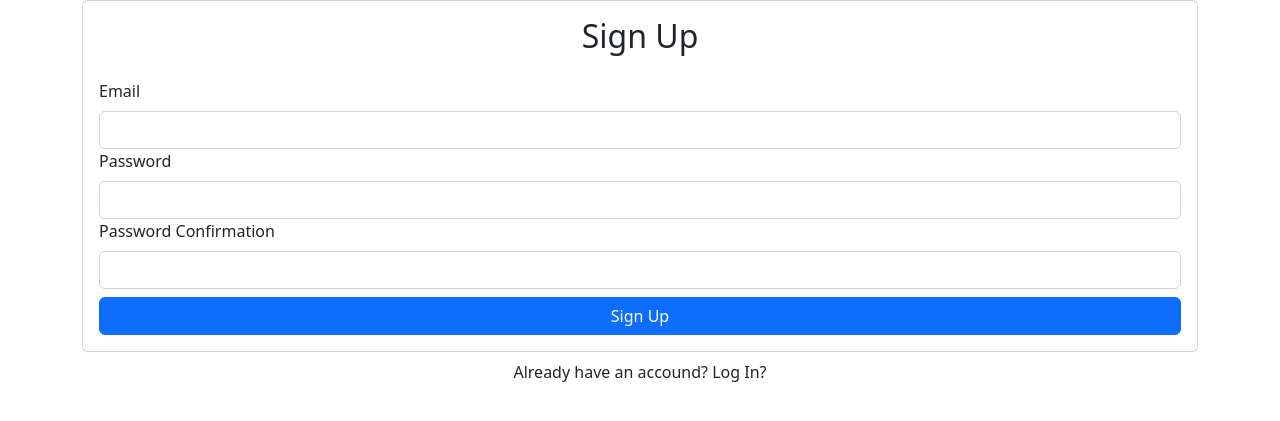
Repository: Baskaran-Ra/React-signup-
Page: /
These files come from the project's save history. The page is drawn as it stood at one moment and after a run of saves; the edit follows.
The browser window is 1280 px wide. The pictures show the whole page.
The project was rebuilt for these pictures with package versions that can differ from the ones it lists, and the page was loaded fresh each time.

Above is the page before, as saved 2022-12-22 12:43:53.

After the next 2 saves:
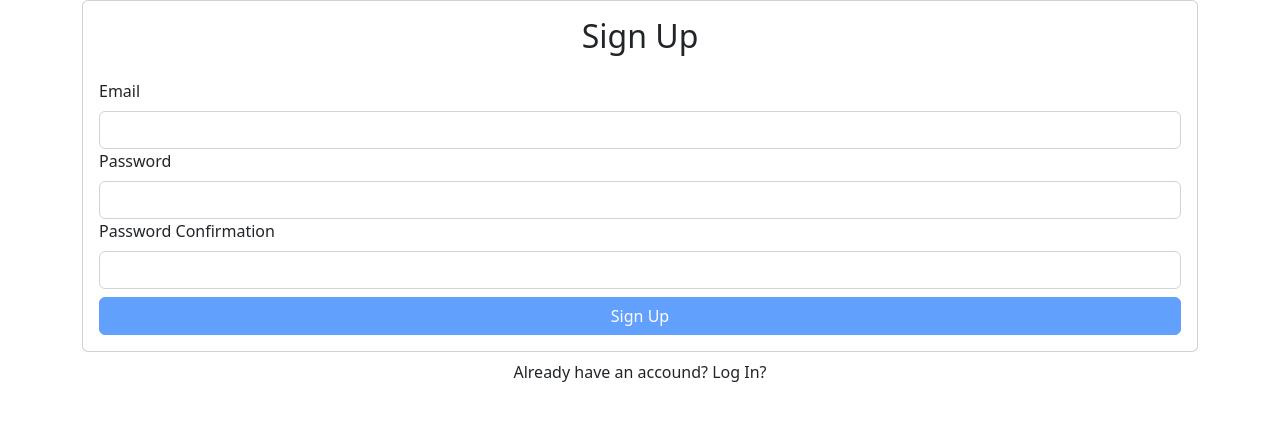
The 2 saves are shown as one change because they came seconds apart.
The last was saved 24 s later.
--- a/src/signup.js
+++ b/src/signup.js
@@ -54,7 +54,7 @@
                     <Form.Control type ="password" ref = {passwordconfirmRef} Required></Form.Control>
 
                 </Form.Group>
-                <Button className="w-100 mt-2" type="submit">Sign Up</Button>
+                <Button disabled className="w-100 mt-2" type="submit">Sign Up</Button>
             </Form>
         </Card.Body>
     </Card>

After the 2 saves that followed:
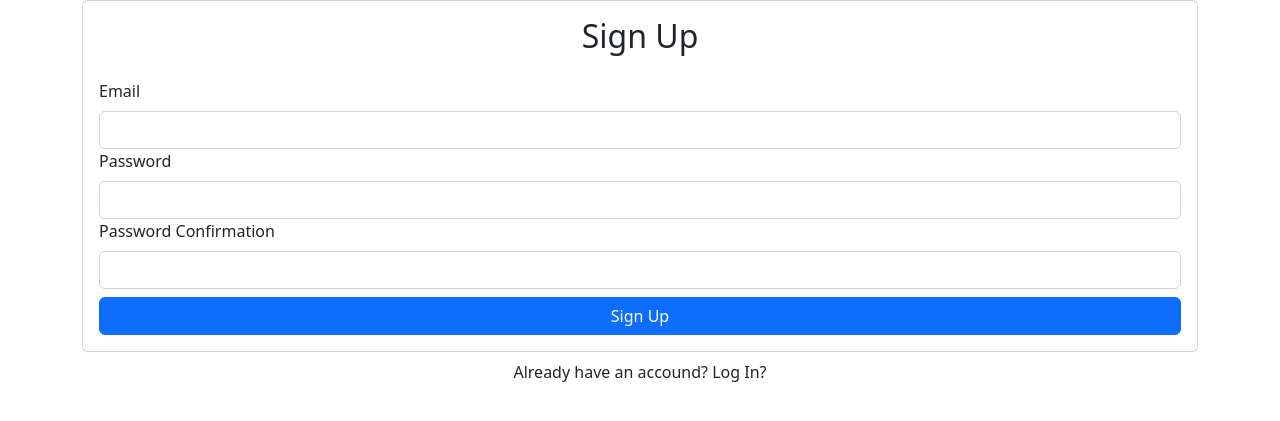
The 2 saves are shown as one change because 1 did not build or start.
The last was saved 9 s later.
--- a/src/signup.js
+++ b/src/signup.js
@@ -54,7 +54,7 @@
                     <Form.Control type ="password" ref = {passwordconfirmRef} Required></Form.Control>
 
                 </Form.Group>
-                <Button disabled className="w-100 mt-2" type="submit">Sign Up</Button>
+                <Button disabled={Loading} className="w-100 mt-2" type="submit">Sign Up</Button>
             </Form>
         </Card.Body>
     </Card>
